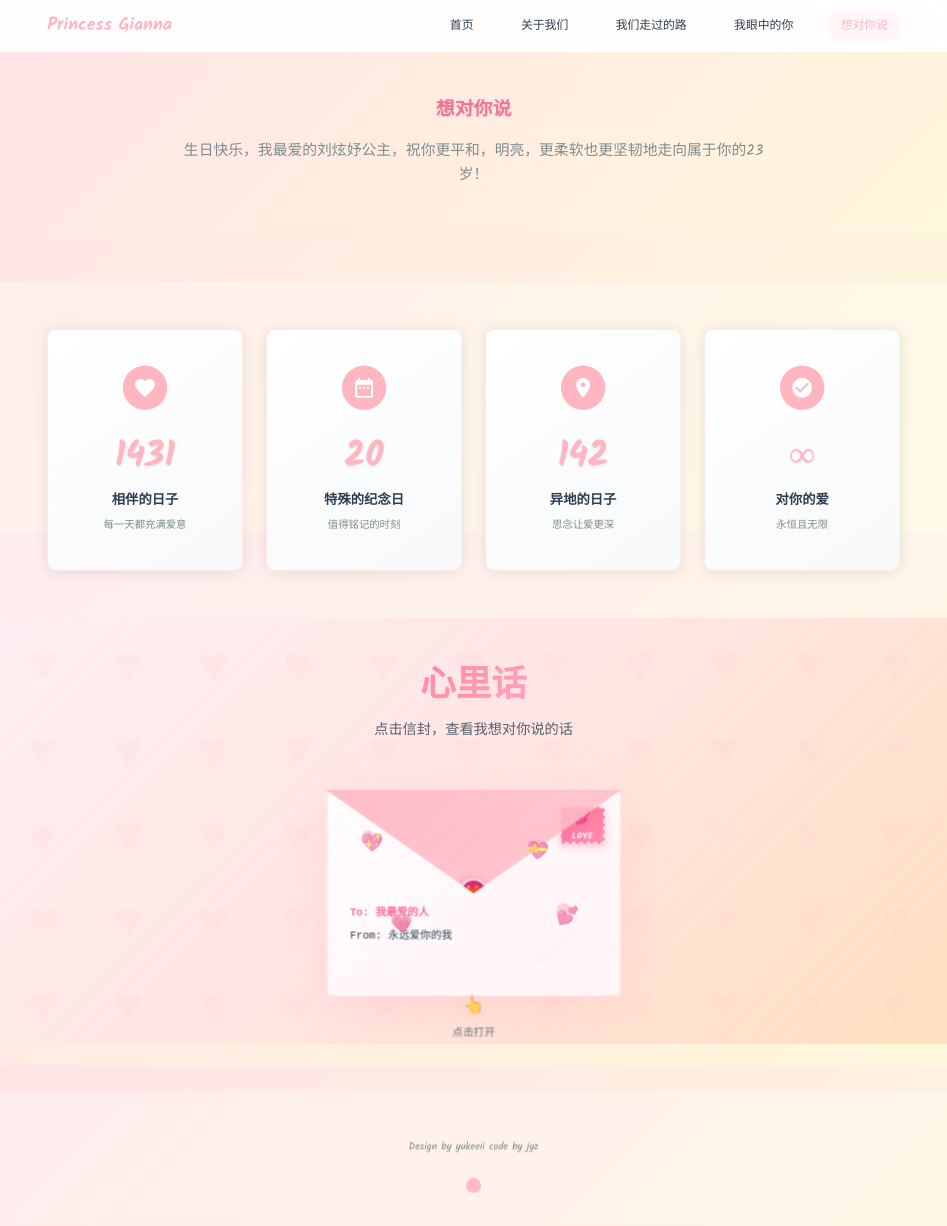
Repository: PrincessGianna/PrincessGianna.github.io
Page: pages/message.html
These files come from the project's save history. The page is drawn as it stood at one moment and after the next save; the edit follows.
The browser window is 1280 px wide. The pictures show the whole page, at 74% of full size.
Backgrounds fixed to the window are drawn as part of the page. Some web fonts or font styles are not loaded; a fallback is used.

Above is the page before, as saved 2025-09-28 14:07:56.

### pages/message.html
<!DOCTYPE html>
<html lang="zh-CN">
  <head>
    <meta charset="UTF-8" />
    <meta name="viewport" content="width=device-width, initial-scale=1.0" />
    <title>想对你说 - 我们的故事</title>
    <!-- Google Fonts 手写字体 -->
    <link rel="preconnect" href="https://fonts.googleapis.com" />
    <link rel="preconnect" href="https://fonts.gstatic.com" crossorigin />
    <link
      href="https://fonts.googleapis.com/css2?family=Kalam:wght@300;400;700&family=Ma+Shan+Zheng&display=swap"
      rel="stylesheet"
    />
    <link rel="stylesheet" href="../css/style.css" />
    <link rel="stylesheet" href="../css/components.css" />
    <link rel="stylesheet" href="../css/animations.css" />
  </head>
  <body>
    <!-- 顶部导航栏 -->
    <nav class="navbar">
      <div class="nav-container">
        <div class="nav-logo">
          <h3>Princess Gianna</h3>
        </div>
        <div class="nav-menu" id="nav-menu">
          <ul class="nav-list">
            <li class="nav-item">
              <a href="../index.html" class="nav-link">首页</a>
            </li>
            <li class="nav-item">
              <a href="about.html" class="nav-link">关于我们</a>
            </li>
            <li class="nav-item">
              <a href="gallery.html" class="nav-link">我们走过的路</a>
            </li>
            <li class="nav-item">
              <a href="impression.html" class="nav-link">我眼中的你</a>
            </li>
            <li class="nav-item">
              <a href="message.html" class="nav-link active">想对你说</a>
            </li>
          </ul>
        </div>
        <div class="nav-toggle" id="nav-toggle">
          <span class="bar"></span>
          <span class="bar"></span>
          <span class="bar"></span>
        </div>
      </div>
    </nav>

    <!-- 页面头部 -->
    <header class="page-header">
      <div class="header-content">
        <h1 class="page-title">想对你说</h1>
        <p class="page-subtitle">
          生日快乐，我最爱的刘炫妤公主，祝你更平和，明亮，更柔软也更坚韧地走向属于你的23岁！
        </p>
      </div>
    </header>

    <!-- 统计数字区域 -->
    <section class="stats-section">
      <div class="stats-container">
        <div class="stats-grid">
          <div class="stat-card" data-delay="0">
            <div class="stat-icon">
              <svg viewBox="0 0 24 24">
                <path
                  d="M12 21.35l-1.45-1.32C5.4 15.36 2 12.28 2 8.5 2 5.42 4.42 3 7.5 3c1.74 0 3.41.81 4.5 2.09C13.09 3.81 14.76 3 16.5 3 19.58 3 22 5.42 22 8.5c0 3.78-3.4 6.86-8.55 11.54L12 21.35z"
                />
              </svg>
            </div>
            <div class="stat-content">
              <div class="stat-number" data-target="1431">0</div>
              <div class="stat-label">相伴的日子</div>
              <div class="stat-sublabel">每一天都充满爱意</div>
            </div>
          </div>

          <div class="stat-card" data-delay="200">
            <div class="stat-icon">
              <svg viewBox="0 0 24 24">
                <path
                  d="M9 11H7v2h2v-2zm4 0h-2v2h2v-2zm4 0h-2v2h2v-2zm2-7h-1V2h-2v2H8V2H6v2H5c-1.1 0-1.99.9-1.99 2L3 20c0 1.1.89 2 2 2h14c1.1 0 2-.9 2-2V6c0-1.1-.9-2-2-2zm0 16H5V9h14v11z"
                />
              </svg>
            </div>
            <div class="stat-content">
              <div class="stat-number" data-target="20">0</div>
              <div class="stat-label">特殊的纪念日</div>
              <div class="stat-sublabel">值得铭记的时刻</div>
            </div>
          </div>

          <div class="stat-card" data-delay="400">
            <div class="stat-icon">
              <svg viewBox="0 0 24 24">
                <path
                  d="M12 2C8.13 2 5 5.13 5 9c0 5.25 7 13 7 13s7-7.75 7-13c0-3.87-3.13-7-7-7zm0 9.5c-1.38 0-2.5-1.12-2.5-2.5s1.12-2.5 2.5-2.5 2.5 1.12 2.5 2.5-1.12 2.5-2.5 2.5z"
                />
              </svg>
            </div>
            <div class="stat-content">
              <div class="stat-number" data-target="142">0</div>
              <div class="stat-label">异地的日子</div>
              <div class="stat-sublabel">思念让爱更深</div>
            </div>
          </div>

          <div class="stat-card" data-delay="600">
            <div class="stat-icon">
              <svg viewBox="0 0 24 24">
                <path
                  d="M12 2C6.48 2 2 6.48 2 12s4.48 10 10 10 10-4.48 10-10S17.52 2 12 2zm-2 15l-5-5 1.41-1.41L10 14.17l7.59-7.59L19 8l-9 9z"
                />
              </svg>
            </div>
            <div class="stat-content">
              <div class="stat-number" data-target="∞">0</div>
              <div class="stat-label">对你的爱</div>
              <div class="stat-sublabel">永恒且无限</div>
            </div>
          </div>
        </div>
      </div>
    </section>

    <!-- 信封区域 -->
    <main class="envelope-container">
      <div class="envelope-header">
        <h2 class="envelope-title">心里话</h2>
        <p class="envelope-subtitle">点击信封，查看我想对你说的话</p>
      </div>

      <!-- 信封主体 -->
      <div class="envelope-wrapper">
        <div class="envelope" id="love-envelope">
          <!-- 信封背景 -->
          <div class="envelope-back">
            <div class="envelope-stamp">
              <div class="stamp-heart">💕</div>
              <div class="stamp-text">LOVE</div>
            </div>
            <div class="envelope-address">
              <div class="to-line">To: 我最爱的人</div>
              <div class="from-line">From: 永远爱你的我</div>
            </div>
          </div>

          <!-- 信封盖子 -->
          <div class="envelope-flap">
            <div class="wax-seal">
              <div class="seal-heart">❤️</div>
            </div>
          </div>

          <!-- 点击提示 -->
          <div class="envelope-hint">
            <div class="hint-icon">👆</div>
            <div class="hint-text">点击打开</div>
          </div>
        </div>

        <!-- 装饰元素 -->
        <div class="envelope-decorations">
          <div class="floating-heart heart-1">💖</div>
          <div class="floating-heart heart-2">💕</div>
          <div class="floating-heart heart-3">💗</div>
          <div class="floating-heart heart-4">💝</div>
        </div>
      </div>
    </main>

    <!-- 心里话弹窗 -->
    <div class="love-modal" id="love-modal">
      <div class="modal-backdrop" id="modal-backdrop"></div>
      <div class="modal-container">
        <div class="modal-header">
          <h3 class="modal-title">我想对你说</h3>
          <button class="modal-close" id="modal-close">
            <svg viewBox="0 0 24 24">
              <path
                d="M19 6.41L17.59 5 12 10.59 6.41 5 5 6.41 10.59 12 5 17.59 6.41 19 12 13.41 17.59 19 19 17.59 13.41 12z"
              />
            </svg>
          </button>
        </div>

        <div class="modal-content">
          <!-- 心里话内容 -->
          <div class="love-pages">
            <div class="love-page active">
              <div class="page-date handwriting">2025.09.29</div>
              <h4 class="page-title handwriting">💖 致我最爱的刘炫妤公主</h4>
              <div class="page-text handwriting-text">
                <p class="handwriting-line">亲爱的刘炫妤小朋友，</p>
                <p class="handwriting-line">见字如面。</p>
                <p class="handwriting-line">
                  二十三岁生日快乐。又是一年给你写信的时候了。
                </p>
                <p class="handwriting-line">
                  如愿以偿的在同一个国度再次相遇了，哪怕暂时有着三个小时的时差。
                </p>
                <p class="handwriting-line">
                  这是我们相逢的第4个年头了。最近刚到西雅图，总是想到你，想到我们当时在的伦敦。那是我人生中最梦幻和欢愉的时刻。
                </p>
                <p class="handwriting-line">
                  记得去年这个时候，你似乎还不适应安娜堡的生活，总与我诉说，我总想和你一起经历，却是无能为力。
                </p>
                <p class="handwriting-line">
                  再看到你一点一点成长，成熟自己的羽翼，见你巍然，见你闪烁，见你被爱包裹，我都由衷的热泪盈眶。
                </p>
                <p class="handwriting-line">
                  还记得去年圣诞在南京的时候，今年在北京的时候，每次重逢后的瞬间，我都觉得特别，那是我烦闷寡淡人生的极少的，有着热烈的时刻。
                </p>
                <p class="handwriting-line">
                  你离开后的每天，我都很想你。更多时候我都觉得，世界上不会有你更了解我。那些炙热又浪漫的，我们的独家记忆，成为了共同的你和我。
                </p>
                <p class="handwriting-line">
                  "人生是一段孤独旅程，但我遇见了你，你不是我，却又像世界上的另一个我。"
                </p>
                <p class="handwriting-line">
                  如今的你，已然足够的强大，自信。虽然偶尔也会为前路迷茫，焦虑。但二十三岁的人生才刚开始，你还拥有着无尽的盛夏与辽阔。
                </p>
                <p class="handwriting-line">
                  你总说我夸你，吹彩虹屁。之前和朋友聊到你，形容你像向日葵一样不断的绽放光彩，其实不是的，我说，你不必向着光，你本身就是太阳。
                </p>
                <p class="handwriting-line">
                  所以呀，不必去苦恼追寻着什么，这个世界上总有一些人，和一些光，生来就是为你而来的。
                </p>
                <p class="handwriting-line">
                  或许烦闷难以避免，这是长大后的第一悲哀。但如果逃避能让你感觉轻松，那我帮你收拾行囊，旷野天地间，自有我们的一隅。
                </p>
                <p class="handwriting-line">
                  不必害怕，你和眼泪一样，请敢于冲出眼眶。若败北，我们东山再起。若困境，我们逆风翻盘，否极泰来，峰回路转。我永远站在，你转头就能看见的地方。
                </p>
                <p class="handwriting-line">
                  谢谢你，以你的存在，创造了一个节日。
                </p>
                <p class="handwriting-line">
                  多幸运，在你的生日，我的心跳也跟你同频。
                </p>
                <p class="handwriting-line">公主大人，生日快乐！</p>
                <p class="handwriting-line">祝你走遍群山同我诉说来时路，</p>
                <p class="handwriting-line">
                  祝你跨越苦难向春山，在此起彼伏的山野中遇见永不消弭的盛夏。
                </p>
                <p class="handwriting-line"></p>
                <p class="handwriting-line"></p>
                <p class="handwriting-line signature">最爱你的余可晔 ❤️</p>
              </div>
            </div>
          </div>
        </div>
      </div>
    </div>

    <!-- 页面底部 -->
    <footer class="message-footer">
      <div class="footer-content">
        <div class="love-quote">
          <div class="quote-author">Design by yukeeii code by jyz</div>
        </div>
        <div class="footer-hearts">
          <div class="floating-heart"></div>
          <div class="floating-heart"></div>
          <div class="floating-heart"></div>
        </div>
      </div>
    </footer>

    <!-- JavaScript 文件 -->
    <script src="../js/music.js"></script>
    <script src="../js/utils.js"></script>
    <script src="../js/animations.js"></script>
    <script src="../js/main.js"></script>
    <script src="../js/message.js"></script>
  </body>
</html>

### js/music.js
// 全局音乐管理器
class MusicManager {
  constructor() {
    this.audio = null;
    this.isPlaying = false;
    this.currentTime = 0;
    this.volume = 0.5;
    this.init();
  }

  init() {
    console.log("MusicManager: 开始初始化...");

    // 检查是否已经有音频实例在localStorage中
    const savedTime = localStorage.getItem("musicCurrentTime");
    const savedVolume = localStorage.getItem("musicVolume");
    const isPlaying = localStorage.getItem("musicIsPlaying") === "true";

    console.log("MusicManager: 本地存储状态 -", {
      savedTime,
      savedVolume,
      isPlaying,
    });

    if (savedTime) {
      this.currentTime = parseFloat(savedTime);
    }
    if (savedVolume) {
      this.volume = parseFloat(savedVolume);
    }

    this.createAudioElement();

    // 如果之前在播放，尝试继续播放
    if (isPlaying) {
      console.log("MusicManager: 恢复播放状态...");
      setTimeout(() => {
        this.play();
      }, 100); // 稍微延迟确保音频元素就绪
    } else {
      console.log("MusicManager: 音乐未处于播放状态，尝试自动播放...");
      // 尝试自动播放
      setTimeout(() => {
        this.play();
      }, 100);
    }

    // 监听页面卸载事件，保存音乐状态
    window.addEventListener("beforeunload", () => {
      console.log("MusicManager: 页面卸载，保存状态...");
      this.saveState();
    });

    // 监听页面可见性变化
    document.addEventListener("visibilitychange", () => {
      if (document.hidden) {
        console.log("MusicManager: 页面隐藏，保存状态...");
        this.saveState();
      } else {
        console.log("MusicManager: 页面显示，检查音乐状态...");
        // 页面显示时检查音乐是否应该播放
        const shouldPlay = localStorage.getItem("musicIsPlaying") === "true";
        if (shouldPlay && this.audio && this.audio.paused) {
          this.play();
        }
      }
    });
  }

  createAudioElement() {
    console.log("MusicManager: 创建音频元素...");

    // 检查是否已经存在音频元素
    const existingAudio = document.getElementById("background-music");
    if (existingAudio) {
      console.log("MusicManager: 发现已存在的音频元素，复用...");
      this.audio = existingAudio;

      // 更新音频设置
      this.audio.volume = this.volume;
      if (this.currentTime > 0 && this.audio.readyState >= 1) {
        this.audio.currentTime = this.currentTime;
      }

      return;
    }

    // 创建新的音频元素
    this.audio = document.createElement("audio");
    this.audio.id = "background-music";
    this.audio.src = this.getAudioPath();
    this.audio.loop = true;
    this.audio.volume = this.volume;
    this.audio.preload = "auto";

    console.log("MusicManager: 音频源路径 -", this.audio.src);

    // 设置音频时间
    this.audio.addEventListener("loadedmetadata", () => {
      console.log("MusicManager: 音频元数据加载完成");
      if (this.currentTime > 0) {
        console.log("MusicManager: 恢复播放时间到", this.currentTime);
        this.audio.currentTime = this.currentTime;
      }
    });

    // 监听时间更新
    this.audio.addEventListener("timeupdate", () => {
      this.currentTime = this.audio.currentTime;
      // 每5秒保存一次状态，减少性能影响
      if (Math.floor(this.currentTime) % 5 === 0) {
        this.saveState();
      }
    });

    // 添加错误处理
    this.audio.addEventListener("error", (e) => {
      console.error("MusicManager: 音频加载错误:", e);
      console.error("MusicManager: 错误代码:", this.audio.error?.code);
      console.error("MusicManager: 错误信息:", this.audio.error?.message);
    });

    this.audio.addEventListener("canplay", () => {
      console.log("MusicManager: 音频可以播放");
    });

    this.audio.addEventListener("loadstart", () => {
      console.log("MusicManager: 开始加载音频");
    });

    // 添加到页面
    document.body.appendChild(this.audio);
  }

  getAudioPath() {
    // 根据当前页面路径确定音频文件路径
    const currentPath = window.location.pathname;
    if (currentPath.includes("/pages/")) {
      return "../assets/audio/jiuyuedi-yujiaoyun.mp3";
    } else {
      return "assets/audio/jiuyuedi-yujiaoyun.mp3";
    }
  }

  async play() {
    if (!this.audio) {
      console.log("MusicManager: 音频元素不存在，无法播放");
      return;
    }

    console.log("MusicManager: 尝试播放音频...");

    try {
      await this.audio.play();
      this.isPlaying = true;
      localStorage.setItem("musicIsPlaying", "true");
      console.log("MusicManager: 音频播放成功");
      this.updateMusicControlBtn();
    } catch (error) {
      console.log("MusicManager: 音频自动播放被阻止，用户需要手动启动:", error);
      // 如果自动播放被阻止，可以添加一个用户交互提示
      this.addPlayPrompt();
    }
  }

  pause() {
    if (this.audio) {
      this.audio.pause();
      this.isPlaying = false;
      localStorage.setItem("musicIsPlaying", "false");
      console.log("MusicManager: 音频已暂停");
      this.updateMusicControlBtn();
    }
  }

  setVolume(volume) {
    this.volume = Math.max(0, Math.min(1, volume));
    if (this.audio) {
      this.audio.volume = this.volume;
    }
    localStorage.setItem("musicVolume", this.volume.toString());
  }

  saveState() {
    if (this.audio) {
      const state = {
        currentTime: this.audio.currentTime,
        isPlaying: this.isPlaying,
        volume: this.volume,
      };

      console.log("MusicManager: 保存状态 -", state);

      localStorage.setItem("musicCurrentTime", state.currentTime.toString());
      localStorage.setItem("musicIsPlaying", state.isPlaying.toString());
      localStorage.setItem("musicVolume", state.volume.toString());
    }
  }

  addPlayPrompt() {
    // 检查是否已经存在音乐控制按钮
    if (document.getElementById("music-control-btn")) {
      return;
    }

    // 创建音乐控制按钮
    const musicControlBtn = document.createElement("div");
    musicControlBtn.id = "music-control-btn";
    musicControlBtn.style.cssText = `
      position: fixed;
      top: 20px;
      right: 20px;
      background: rgba(255, 255, 255, 0.9);
      padding: 10px 15px;
      border-radius: 20px;
      box-shadow: 0 4px 12px rgba(0, 0, 0, 0.1);
      cursor: pointer;
      z-index: 10000;
      font-size: 14px;
      color: #333;
      transition: all 0.3s ease;
      backdrop-filter: blur(10px);
      user-select: none;
    `;

    // 设置初始状态
    this.updateMusicControlBtn(musicControlBtn);

    // 点击事件处理
    musicControlBtn.addEventListener("click", () => {
      this.togglePlayPause();
    });

    // 悬停效果
    musicControlBtn.addEventListener("mouseenter", () => {
      musicControlBtn.style.transform = "scale(1.05)";
    });

    musicControlBtn.addEventListener("mouseleave", () => {
      musicControlBtn.style.transform = "scale(1)";
    });

    document.body.appendChild(musicControlBtn);
  }

  updateMusicControlBtn(btn = null) {
    const musicControlBtn = btn || document.getElementById("music-control-btn");
    if (!musicControlBtn) return;

    if (this.isPlaying) {
      musicControlBtn.innerHTML = "🎵 暂停播放背景音乐";
      musicControlBtn.style.background = "rgba(255, 200, 200, 0.9)";
    } else {
      musicControlBtn.innerHTML = "🎵 开始播放背景音乐";
      musicControlBtn.style.background = "rgba(200, 255, 200, 0.9)";
    }
  }

  async togglePlayPause() {
    if (this.isPlaying) {
      this.pause();
    } else {
      await this.play();
    }
    this.updateMusicControlBtn();
  }
}

// 全局音乐管理器实例
let globalMusicManager = null;

// 初始化音乐管理器
function initMusicManager() {
  console.log("initMusicManager: 开始初始化...");

  // 检查是否已经有全局实例
  if (window.globalMusicManager) {
    console.log("initMusicManager: 发现已存在的全局音乐管理器");
    globalMusicManager = window.globalMusicManager;

    // 重新检查音频元素状态
    if (globalMusicManager.audio) {
      console.log(
        "initMusicManager: 音频元素已存在，当前时间:",
        globalMusicManager.audio.currentTime
      );
    }

    // 确保按钮状态正确（页面切换后可能需要重新创建按钮）
    setTimeout(() => {
      globalMusicManager.addPlayPrompt();
      globalMusicManager.updateMusicControlBtn();
    }, 100);

    return;
  }

  // 创建新的音乐管理器实例
  if (!globalMusicManager) {
    console.log("initMusicManager: 创建新的音乐管理器实例");
    globalMusicManager = new MusicManager();
    // 将实例保存到 window 对象，使其在页面间共享
    window.globalMusicManager = globalMusicManager;
  }
}

// 页面加载完成后初始化
if (document.readyState === "loading") {
  document.addEventListener("DOMContentLoaded", initMusicManager);
} else {
  initMusicManager();
}

// 导出管理器供其他脚本使用
window.MusicManager = MusicManager;

Loaded but not shown: js/animations.js (892 lines, source omitted); js/main.js (714 lines, source omitted); js/utils.js (665 lines, source omitted); js/message.js (406 lines, source omitted); css/components.css (3292 lines, source omitted); css/animations.css (913 lines, source omitted); css/style.css (727 lines, source omitted)

After the next save:
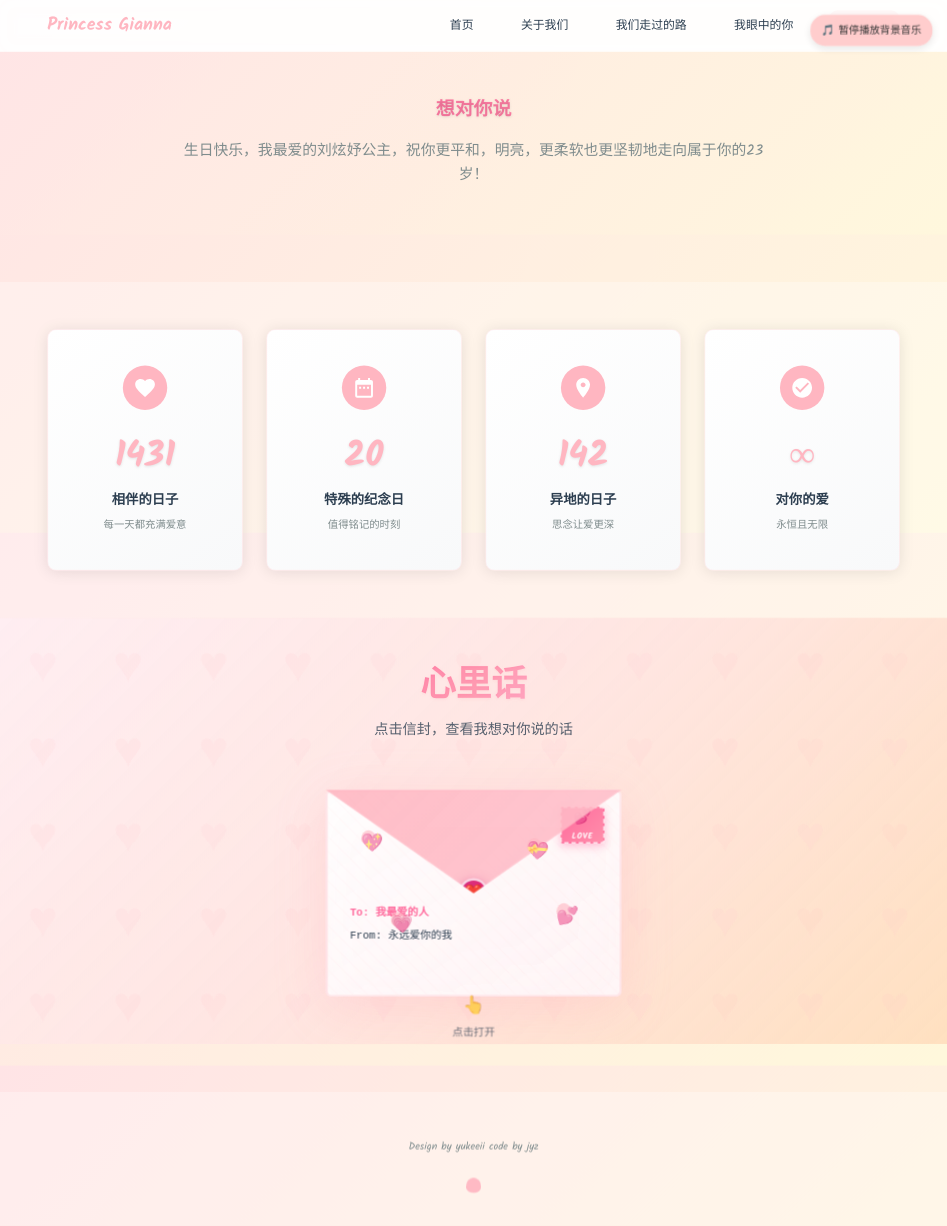
Saved 3 min 41 s later.
--- a/js/music.js
+++ b/js/music.js
@@ -30,6 +30,11 @@ class MusicManager {
     }
 
     this.createAudioElement();
+
+    // 确保控制按钮显示
+    setTimeout(() => {
+      this.addPlayPrompt();
+    }, 50);
 
     // 如果之前在播放，尝试继续播放
     if (isPlaying) {
@@ -63,6 +68,8 @@ class MusicManager {
         if (shouldPlay && this.audio && this.audio.paused) {
           this.play();
         }
+        // 确保按钮显示
+        this.addPlayPrompt();
       }
     });
   }
